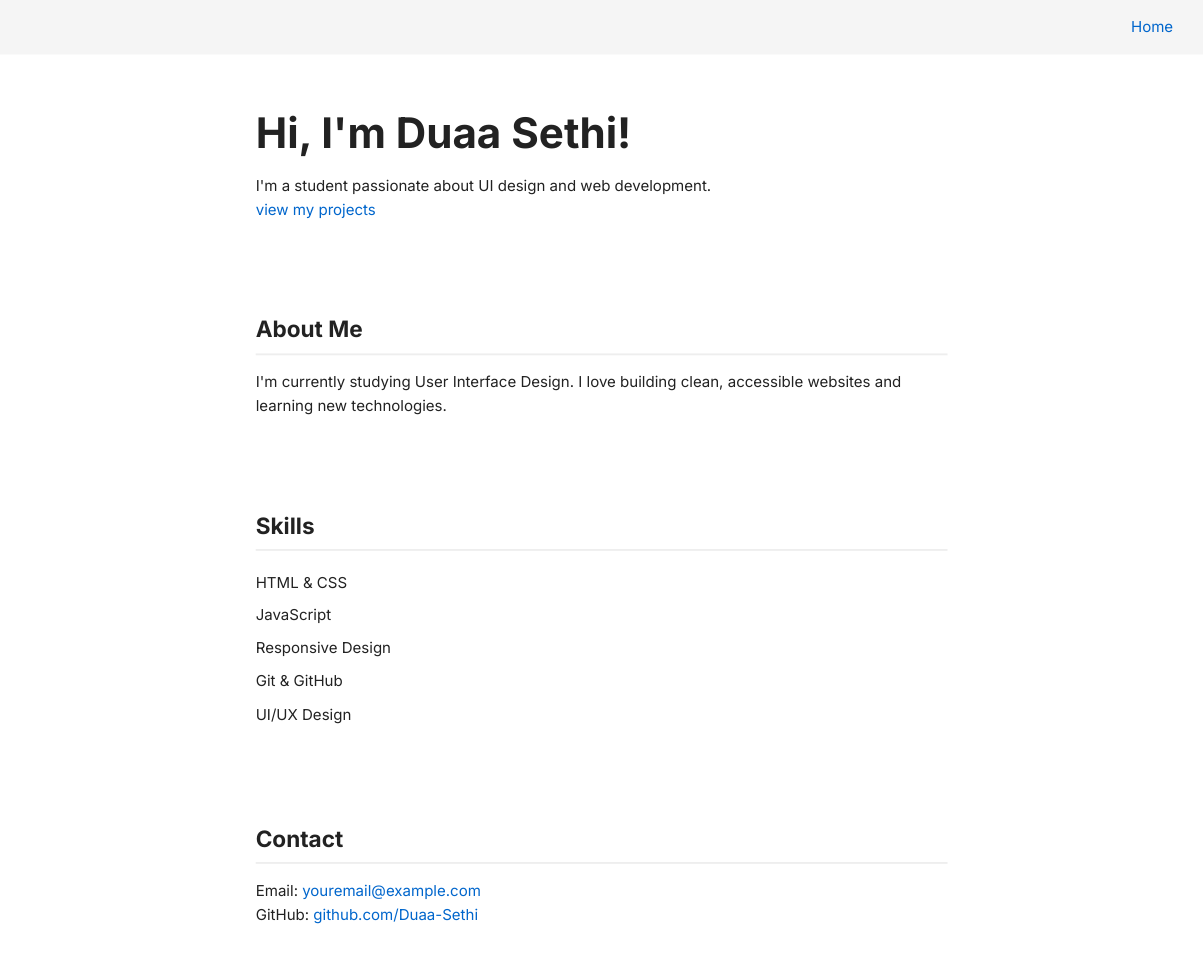
Repository: Duaa-Sethi/Duaa-Sethi
Page: index.html
These files come from the project's save history. The page is drawn as it stood at one moment and after the next save; the edit follows.
The browser window is 1280 px wide. The pictures show the whole page, at 94% of full size.

Above is the page before, as saved 2026-04-22 13:15:55.

After the next save:
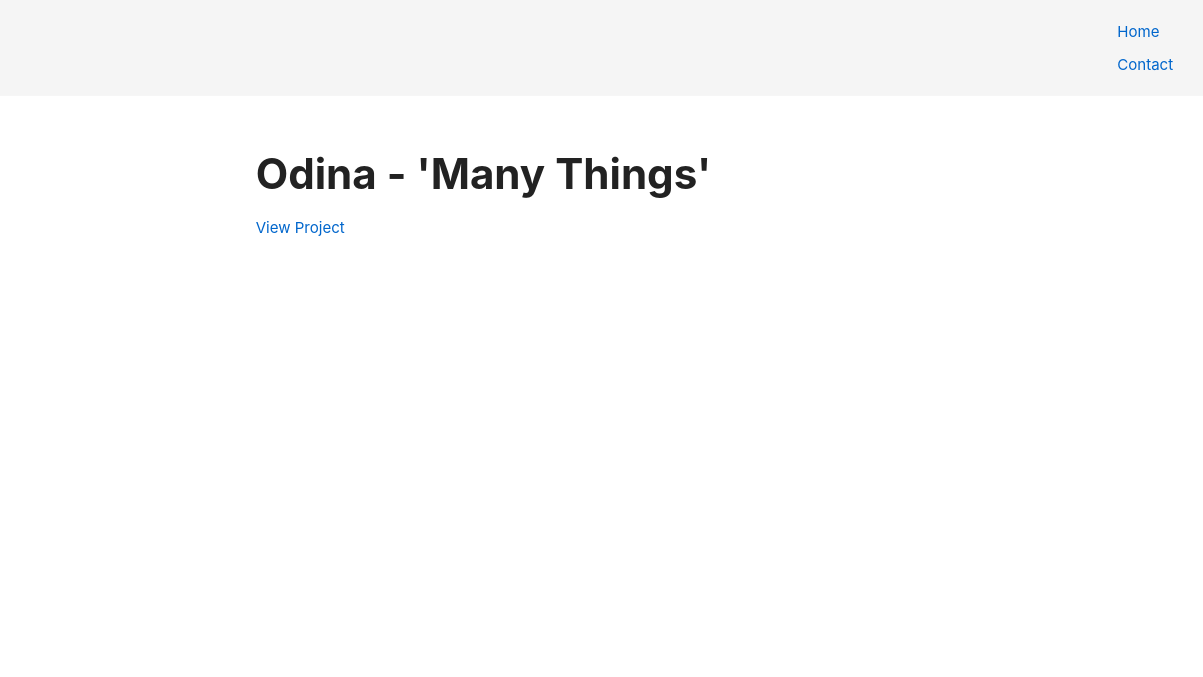
Saved 3 min 31 s later.
--- a/index.html
+++ b/index.html
@@ -3,62 +3,24 @@
   <head>
     <meta charset="UTF-8" />
     <meta name="viewport" content="width=device-width, initial-scale=1.0" />
-    <title>Duaa Sethi</title>
-    <link rel="stylesheet" href="styles/globals.css" />
-    <link rel="stylesheet" href="styles/index.css" />
-    <link
-      href="https://fonts.googleapis.com/css2?family=Inter:wght@400;600;700&display=swap"
-      rel="stylesheet"
-    />
+    <title>Demo Portfolio</title>
+    <link rel="stylesheet" href="./styles/index.css" />
+    <link rel="stylesheet" href="./styles/globals.css" />
   </head>
   <body>
-    <!-- NAVIGATION -->
     <nav>
-      <a href="#home">Home</a>
-
+      <ul>
+        <li><a href="#">Home</a></li>
+        <li><a href="#">Contact</a></li>
+        <!-- TODO - update link eventually -->
+      </ul>
     </nav>
-
-    <!-- HERO SECTION -->
-    <section id="home">
-      <h1>Hi, I'm Duaa Sethi! </h1>
-      <p>I'm a student passionate about UI design and web development.</p>
-      <a href="#contact">view my projects</a>
-    </section>
-
-    <!-- ABOUT SECTION -->
-    <section id="about">
-      <h2>About Me</h2>
-      <p>
-        I'm currently studying User Interface Design. I love building clean,
-        accessible websites and learning new technologies.
-      </p>
-    </section>
-
-    <!-- SKILLS SECTION -->
-    <section id="skills">
-      <h2>Skills</h2>
-      <ul>
-        <li>HTML & CSS</li>
-        <li>JavaScript</li>
-        <li>Responsive Design</li>
-        <li>Git & GitHub</li>
-        <li>UI/UX Design</li>
-      </ul>
-    </section>
-
-    <!-- CONTACT SECTION -->
-    <section id="contact">
-      <h2>Contact</h2>
-      <p>
-        Email:
-        <a href="mailto:duairfansethi@gmail.com">youremail@example.com</a>
-      </p>
-      <p>
-        GitHub:
-        <a href="https://github.com/Duaa-Sethi" target="_blank"
-          >github.com/Duaa-Sethi</a
-        >
-      </p>
+    <section>
+      <article>
+        <h1>Odina - 'Many Things'</h1>
+        <a href="#">View Project</a>
+        <!-- TODO - update link eventually -->
+      </article>
     </section>
   </body>
 </html>
